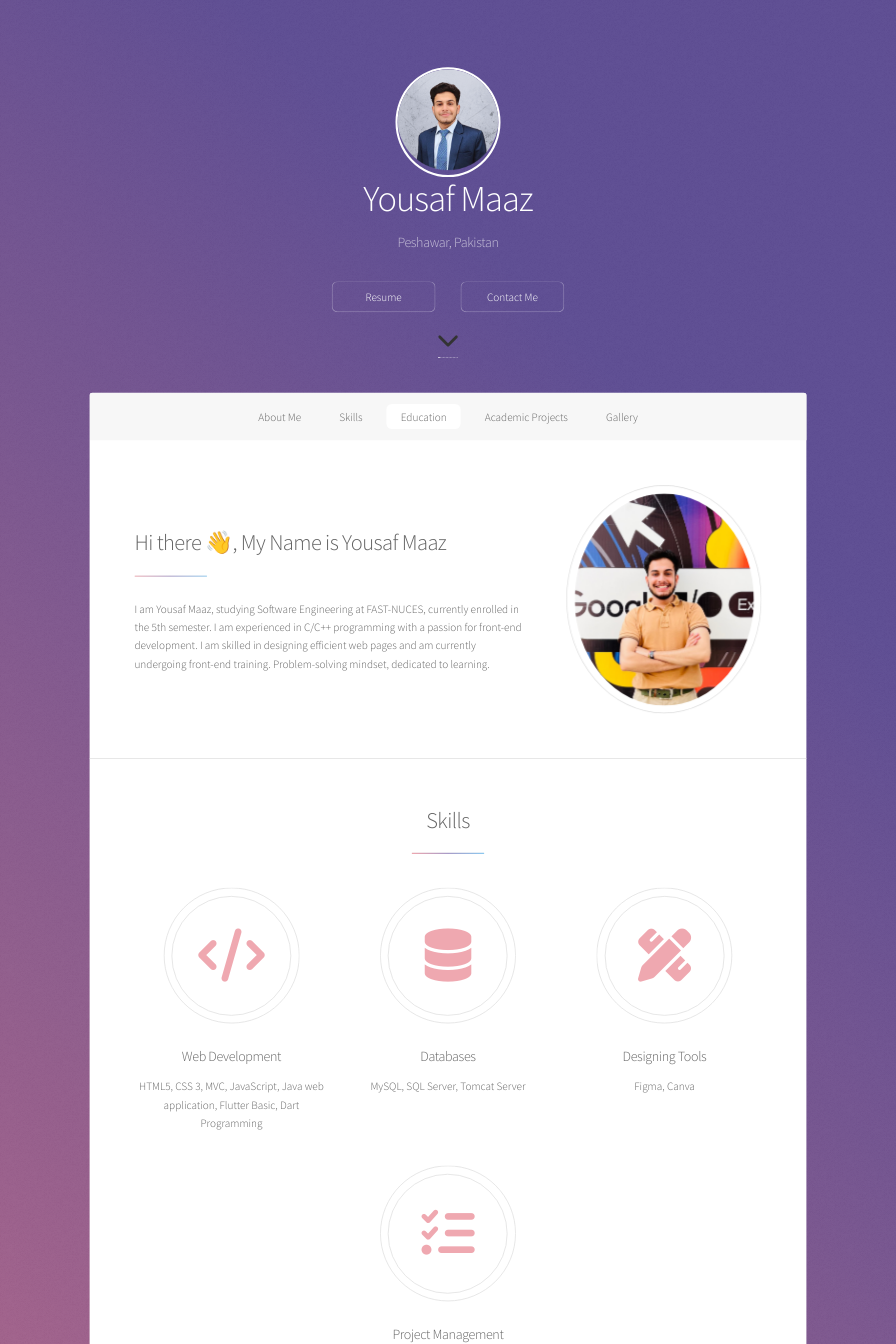
Repository: Zowon/Personal-Website-
Page: Personal-Website-/index.html
The author's editor kept a copy of each file at every save. The page is drawn from the files as they stood at one save, then again after the next save.
The browser window is 1280 px wide. The pictures show the part of the page from y = 0 to 1920 px (the page is 4965 px tall), at 70% of full size.

Above is the page before, as saved 2024-12-28 14:30:28.

After the next save:
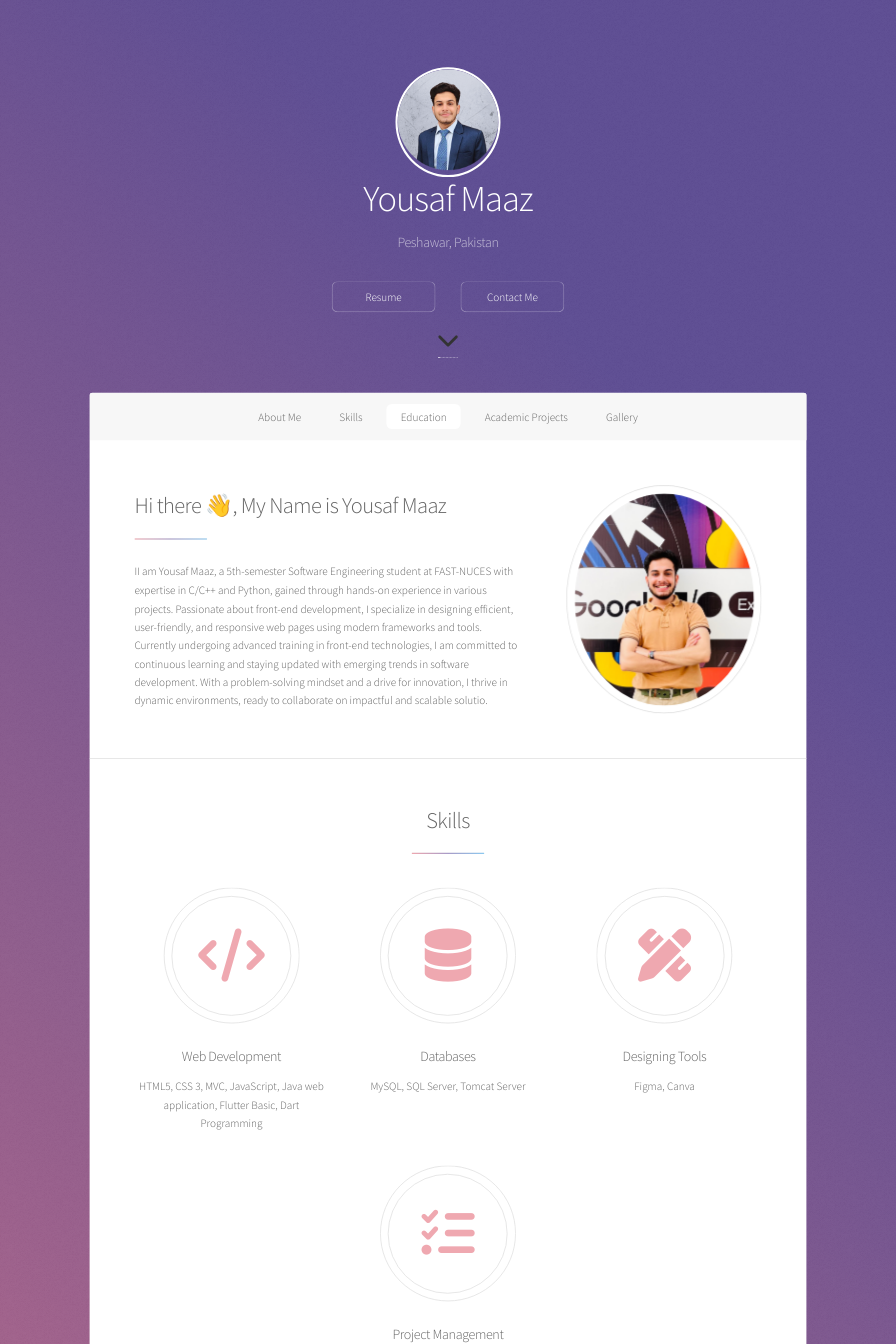
Saved 2 min 2 s later.
--- a/Personal-Website-/index.html
+++ b/Personal-Website-/index.html
@@ -218,10 +218,7 @@
                     <header class="major">
                         <h2>Hi there 👋, My Name is Yousaf Maaz</h2>
                     </header>
-                    <p>I am Yousaf Maaz, studying Software Engineering at FAST-NUCES, currently enrolled in the 5th semester.
-                        I am experienced in C/C++ programming with a passion for front-end development.
-                        I am skilled in designing efficient web pages and am currently undergoing front-end training.
-                        Problem-solving mindset, dedicated to learning.</p>
+                    <p>II am Yousaf Maaz, a 5th-semester Software Engineering student at FAST-NUCES with expertise in C/C++ and Python, gained through hands-on experience in various projects. Passionate about front-end development, I specialize in designing efficient, user-friendly, and responsive web pages using modern frameworks and tools. Currently undergoing advanced training in front-end technologies, I am committed to continuous learning and staying updated with emerging trends in software development. With a problem-solving mindset and a drive for innovation, I thrive in dynamic environments, ready to collaborate on impactful and scalable solutio.</p>
                 </div>
                 <span class="image"><img src="images/pic01.jpg" alt="Profile Picture" /></span>
             </div>
